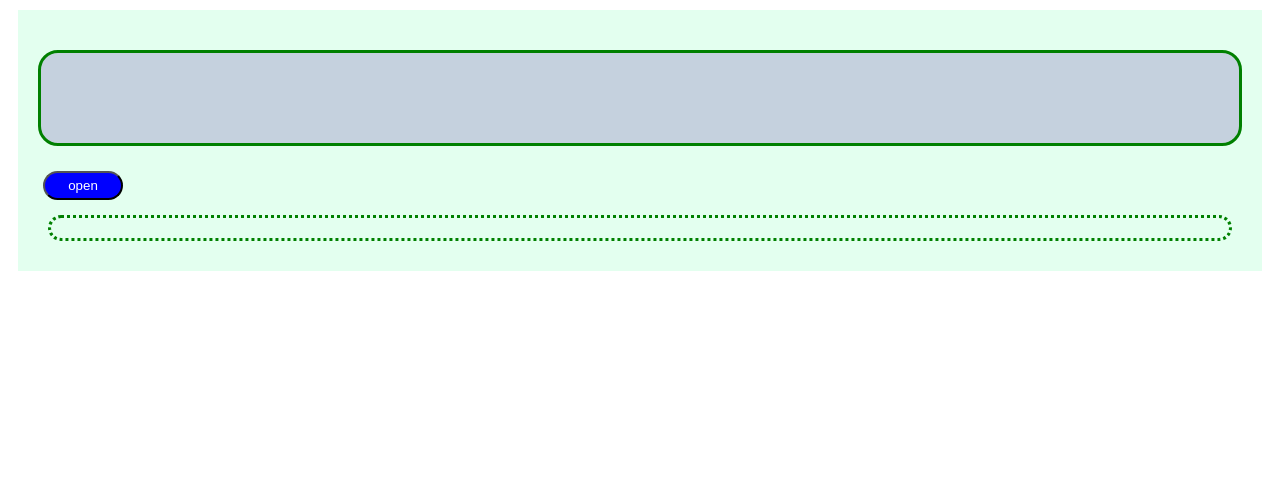
Repository: ypyp0205/jquery
Page: jqpro/WebContent/0213/img_append.html
These files come from the project's save history. The page is drawn as it stood at one moment and after the next save; the edit follows.
The browser window is 1280 px wide. The pictures show the whole page.

Above is the page before, as saved 2020-02-13 05:45:11.

After the next save:
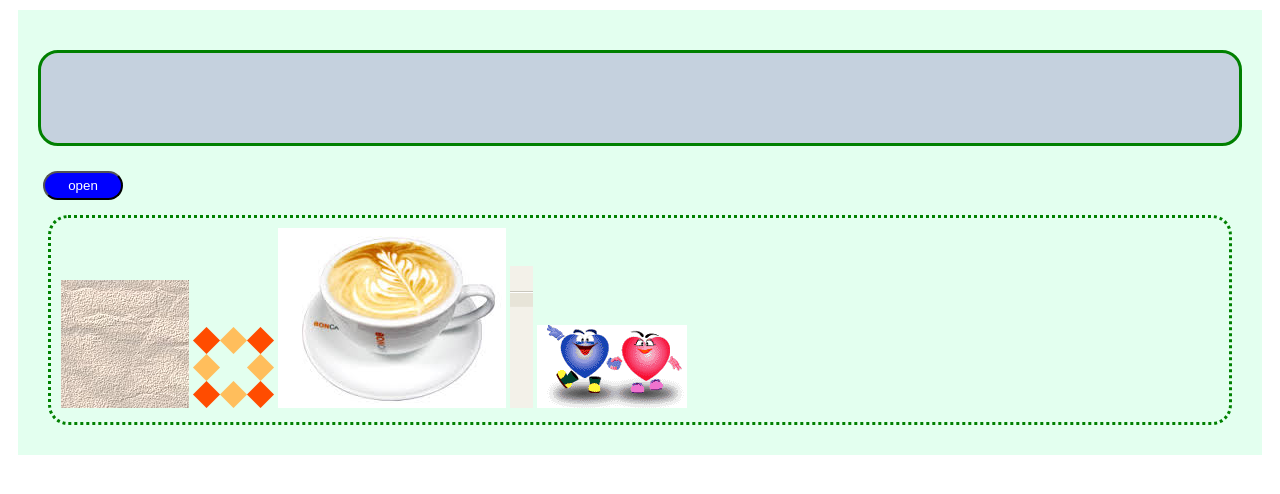
Saved 72 s later.
--- a/jqpro/WebContent/0213/img_append.html
+++ b/jqpro/WebContent/0213/img_append.html
@@ -24,7 +24,17 @@
 
 		<button type="button" onclick="proc1()">open</button>
 
-		<div id="result1"></div>
+		<div id="result1">
+		<img src="../images/back051.jpg">
+		<img src="../images/border.png">
+		<img src="../images/cafelatte.jpg">
+		<img src="../images/footer_bg.gif">
+		<img src="../images/HI.GIF">
+
+
+
+
+		</div>
 
 	</div>
 </body>
